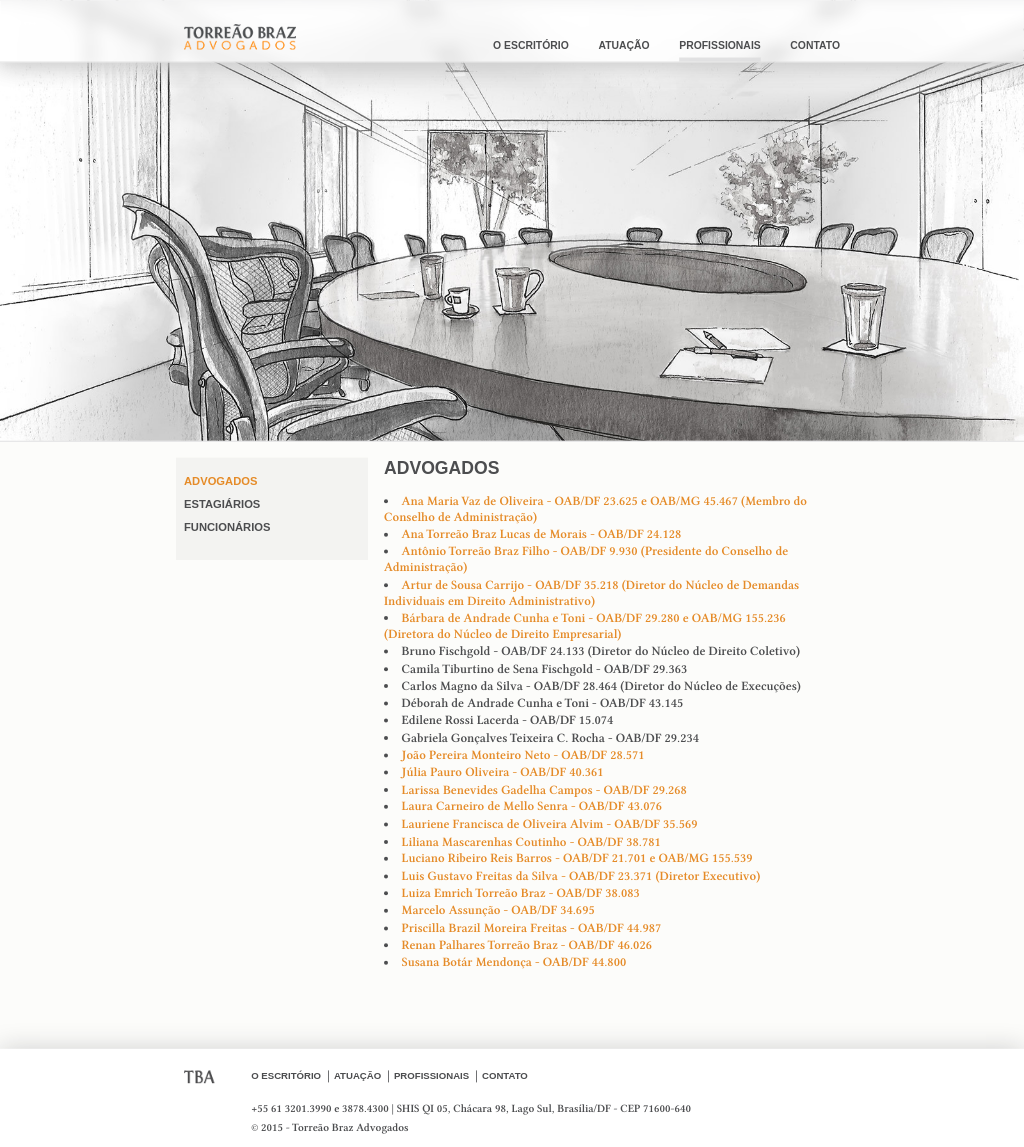
Repository: flira/torreao-braz
Page: dev/profissionais.html
The author's editor kept a record of every edit. The page is drawn from the files as they stood at one moment, then again after the next edit.
The browser window is 1280 px wide. The pictures show the whole page, at 80% of full size.
Some web libraries are served in a nearby version.

Above is the page before.

After the next edit:
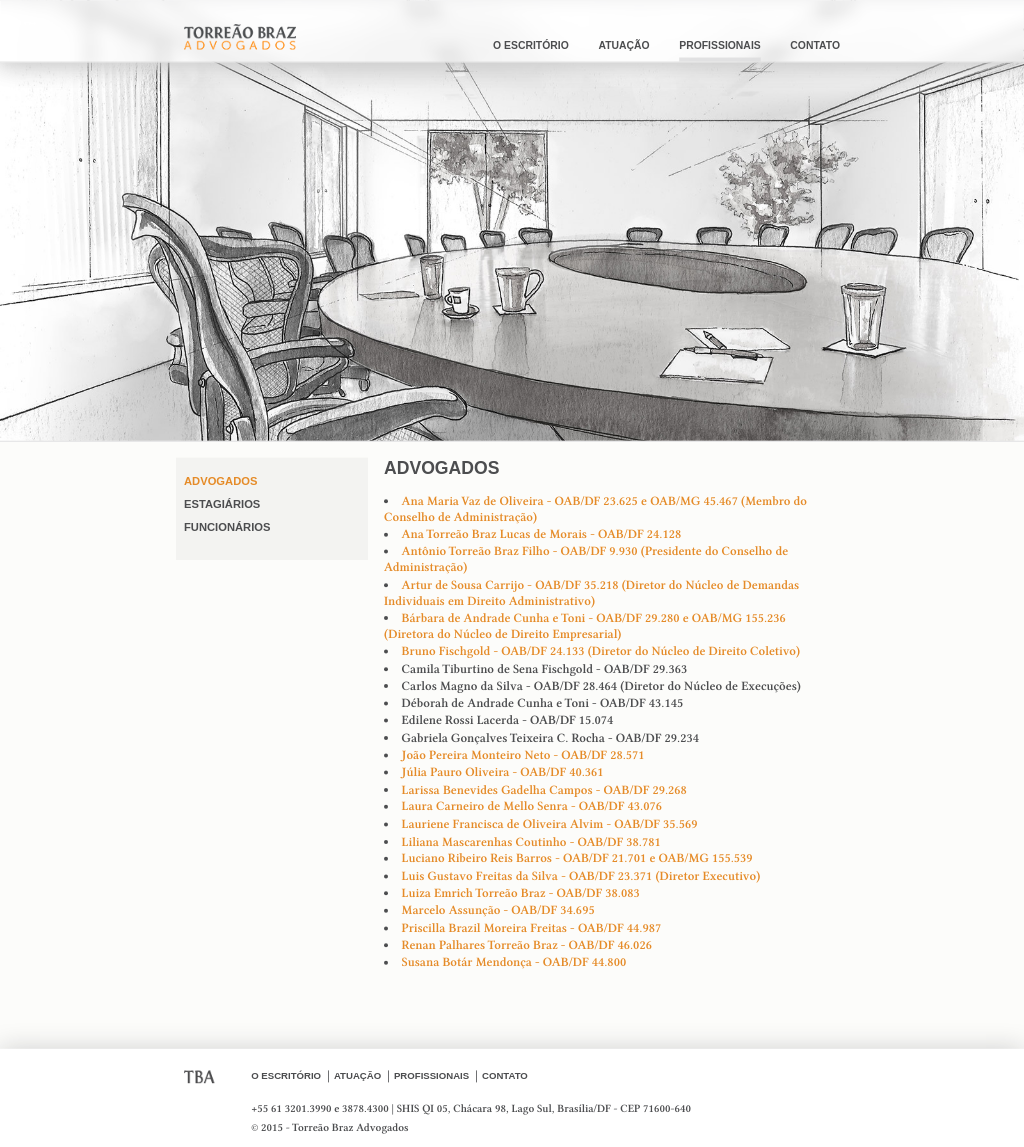
The edit:
--- a/dev/profissionais.html
+++ b/dev/profissionais.html
@@ -128,7 +128,7 @@
                 </div>
             </li>
             <li class="accordion">
-              <span>Bruno Fischgold - OAB/DF 24.133 (Diretor do Núcleo de Direito Coletivo)</span>
+              <a href="#" class="portfolio">Bruno Fischgold - OAB/DF 24.133 (Diretor do Núcleo de Direito Coletivo)</a>
                 <div>
                   <div class="content">
                     <a href="mailto:fisch@torreaobraz.com.br" class="email">fisch@torreaobraz.com.br</a>
